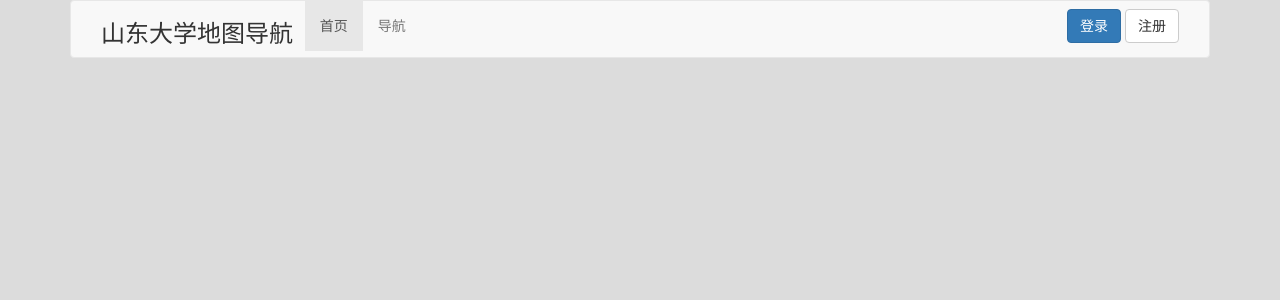
Repository: hhjswhh/JavaEE-experience
Page: http://localhost/SDUMap/Navbar.jsp
An editor plug-in stored every save of this project. The page is shown before and after the next save, followed by the edit.
The browser window is 1280 px wide. The pictures show the whole page.
The page is served by Tomcat 9. Other server files are loaded and not shown.

Above is the page before, as saved 2017-05-03 12:03:33.

### SDUMap/WebRoot/Navbar.jsp
<%@ page language="java" import="java.util.*" pageEncoding="UTF-8"%>
<%
String path = request.getContextPath();
String basePath = request.getScheme()+"://"+request.getServerName()+":"+request.getServerPort()+path+"/";
%>

<!DOCTYPE HTML PUBLIC "-//W3C//DTD HTML 4.01 Transitional//EN">
<html>
  <head>
    <base href="<%=basePath%>">

    <title>My JSP 'Navbar.jsp' starting page</title>

	<meta http-equiv="pragma" content="no-cache">
	<meta http-equiv="cache-control" content="no-cache">
	<meta http-equiv="expires" content="0">
	<meta http-equiv="keywords" content="keyword1,keyword2,keyword3">
	<meta http-equiv="description" content="This is my navbar">
	<link rel="stylesheet" type="text/css" href="bootstrap.min.css">

  </head>

  <body style="height:100%;background-color: gainsboro;">
		<div class="container">
		<nav class="navbar navbar-default">
				<div class="container-fluid">
					<!-- Collect the nav links, forms, and other content for toggling -->
					<div class="collapse navbar-collapse" id="bs-example-navbar-collapse-1">
						<ul class="nav navbar-nav">
							<li class="navbar-left">
								<h3>山东大学地图导航</h3>
							</li>
							<li>
								 &nbsp &nbsp
							</li>
							<li class="active">
								<a href="index.jsp">首页<span class="sr-only">(current)</span></a>
							</li>
							<li class="navbar-right">
								<a href="#">导航</a>
							</li>

						</ul>
						<div class="navbar-form navbar-right">
							<a class="btn btn-primary" href="Login.html">登录</a>
							<a class="btn btn-default" href="Register.html">注册</a>
						</div>
					</div>
				</div>
			</nav>

	</div>
	</body>

</html>

Loaded but not shown: SDUMap/WebRoot/bootstrap.min.css (library)

After the next save:
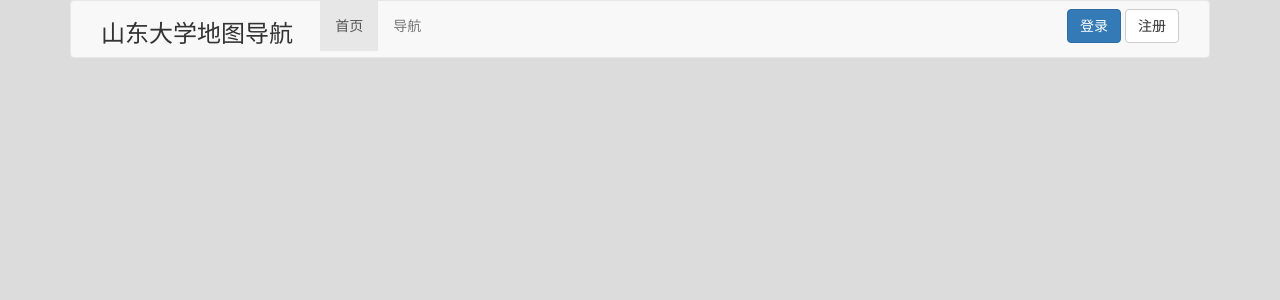
Saved 17 s later.
--- a/SDUMap/WebRoot/Navbar.jsp
+++ b/SDUMap/WebRoot/Navbar.jsp
@@ -31,7 +31,7 @@ String basePath = request.getScheme()+"://"+request.getServerName()+":"+request.
 								<h3>山东大学地图导航</h3>
 							</li>
 							<li>
-								 &nbsp &nbsp
+								 &nbsp &nbsp &nbsp &nbsp
 							</li>
 							<li class="active">
 								<a href="index.jsp">首页<span class="sr-only">(current)</span></a>
